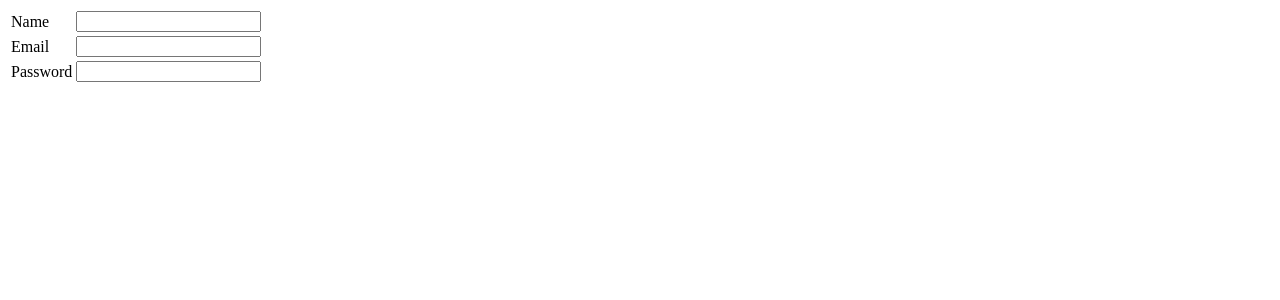
Repository: obusakthi539/Loginform
Page: Login.html
An editor plug-in stored every save of this project. The page is shown before and after a run of saves, followed by the edit.
The browser window is 1280 px wide. The pictures show the whole page.

Above is the page before, as saved 2025-01-10 17:31:24.

After the next 6 saves:
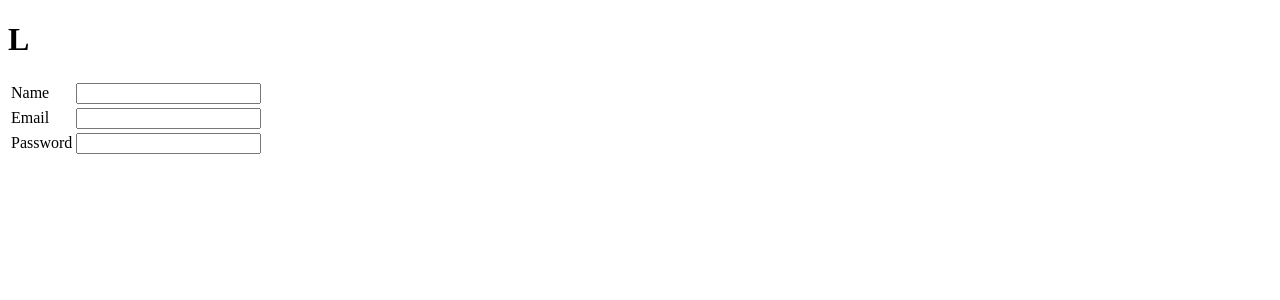
The 6 saves are shown as one change because they came seconds apart.
The last was saved 75 s later.
--- a/Login.html
+++ b/Login.html
@@ -6,6 +6,7 @@
     <title>Document</title>
 </head>
 <body>
+    <h1>L</h1>
     <div>
         <form action=""></form>
         <table>
